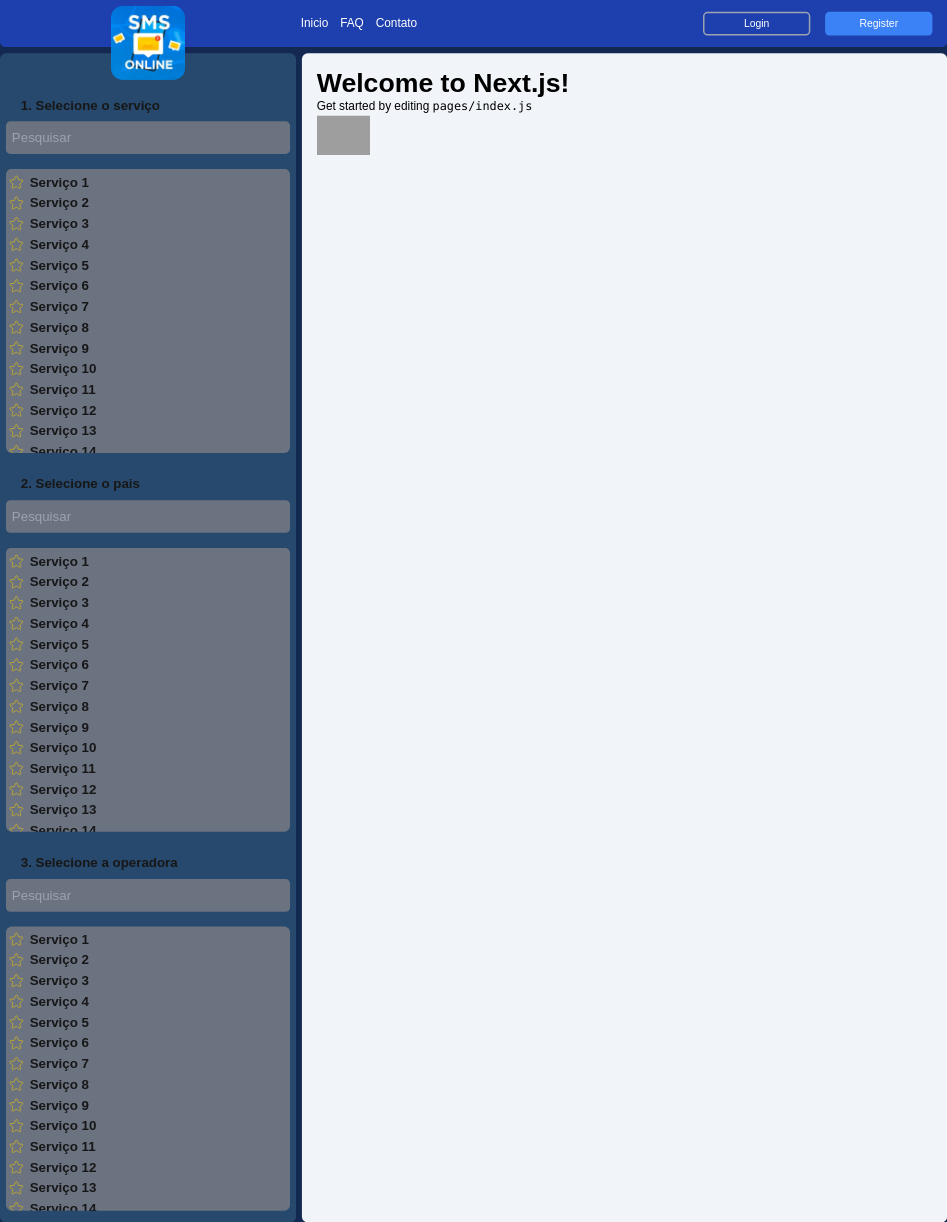
Repository: Felipe-Henrique-Dev/-DIOGO-SMS
Page: /
The author's editor kept a copy of each file at every save. The page is drawn from the files as they stood at one save, then again after the next save.
The browser window is 1280 px wide. The pictures show the whole page, at 74% of full size.
Pictures or frames that could not be fetched are drawn as grey boxes. The project was rebuilt for these pictures with package versions that can differ from the ones it lists, and the page was loaded fresh each time. The framework's server and built-in components were replaced by stand-ins that run in the browser. Also part of the build but not shown: next.config.ts.

Above is the page before, as saved 2024-12-16 22:23:54.

After the next save:
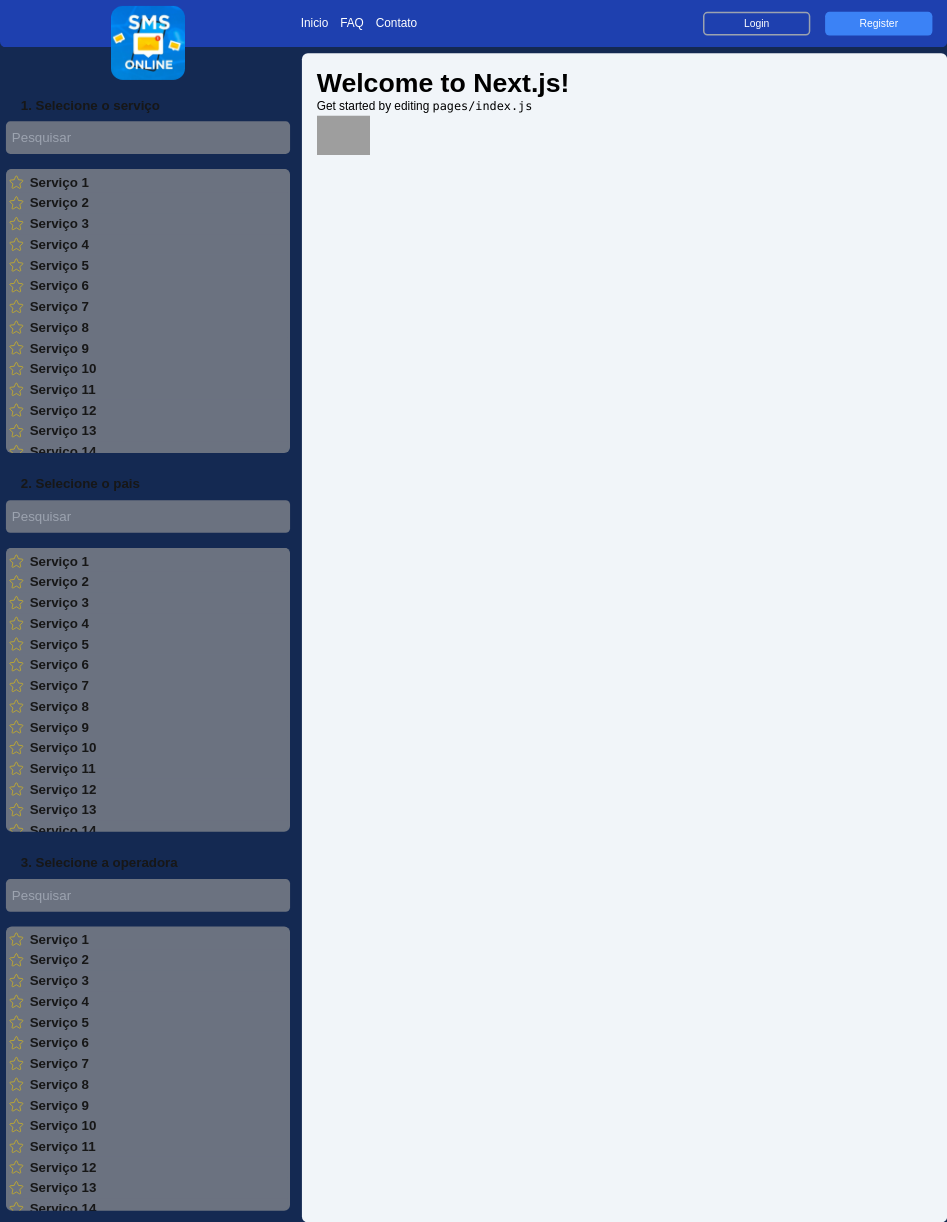
Saved 44 s later.
--- a/tailwind.config.ts
+++ b/tailwind.config.ts
@@ -11,12 +11,12 @@ export default {
       colors: {
         background: "hsl(var(--background))",
         foreground: "var(--foreground)",
-        background_secondary: "var(--background-secondary)",
+        background_secondary: "hsl(var(--background-secondary))",
         primary: "var(--primary)",
       },
       background : {
-        background: "var(--background)",
-        background_secondary: "var(--background-secondary)",
+        background: "hsl((var(--background))",
+        background_secondary: "hsl(var(--background-secondary))",
         foreground: "var(--foreground)",
       },
     },
